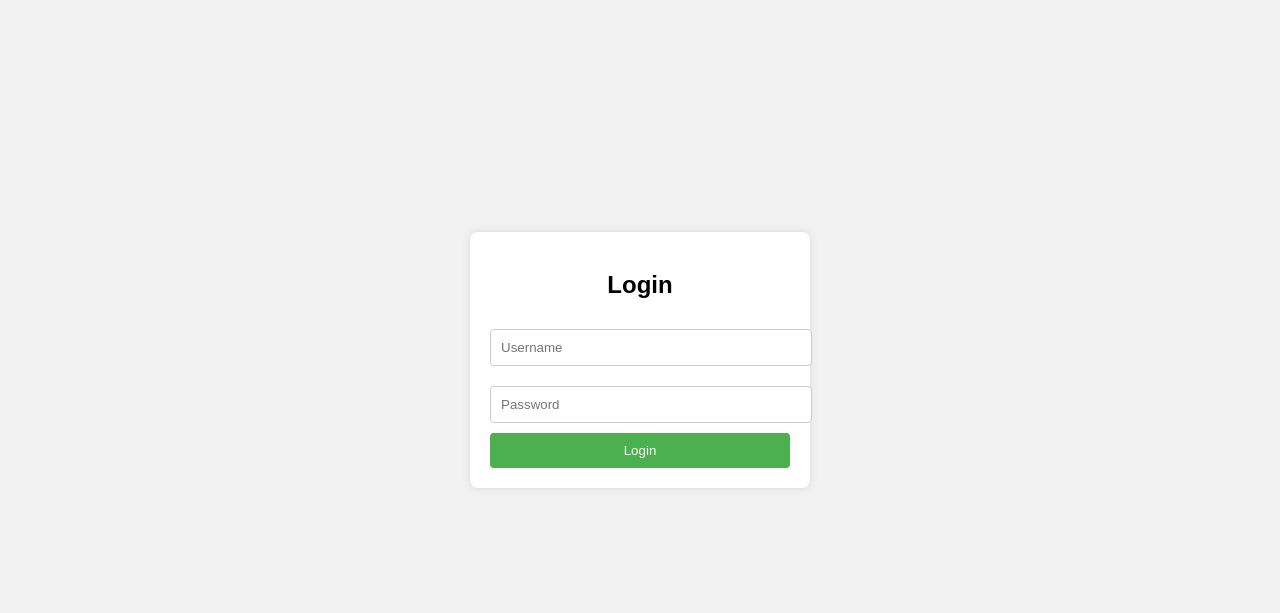
Repository: Reyanabid123/leetcode
Page: index.html
The author's editor kept a copy of each file at every save. The page is drawn from the files as they stood at one save, then again after the next save.
The browser window is 1280 px wide. The pictures show the whole page.

Above is the page before, as saved 2024-12-29 18:03:12.

### index.html
<!DOCTYPE html>
<html lang="en">
<head>
  <meta charset="UTF-8">
  <meta name="viewport" content="width=device-width, initial-scale=1.0">
  <title>Login Page</title>
  <style>
    body {
      font-family: Arial, sans-serif;
      background-color: #f2f2f2;
      display: flex;
      justify-content: center;
      align-items: center;
      height: 100vh;
      margin: 0;
    }
    .container {
      background-color: white;
      padding: 20px;
      border-radius: 8px;
      box-shadow: 0 0 10px rgba(0, 0, 0, 0.1);
      width: 300px;
    }
    .container h2 {
      margin-bottom: 20px;
      text-align: center;
    }
    .container input[type="text"],
    .container input[type="password"] {
      width: 100%;
      padding: 10px;
      margin: 10px 0;
      border: 1px solid #ccc;
      border-radius: 4px;
    }
    .container button {
      width: 100%;
      padding: 10px;
      background-color: #4CAF50;
      color: white;
      border: none;
      border-radius: 4px;
      cursor: pointer;
    }
    .container button:hover {
      background-color: #45a049;
    }
  </style>
</head>
<body>
  <div class="container">
    <h2>Login</h2>
    <form action="/login" method="post">

      <input type="text" name="username" placeholder="Username" required>
      <input type="password" name="password" placeholder="Password" required>
      <button type="submit">Login</button>
    </form>
  </div>
</body>
</html>

After the next save:
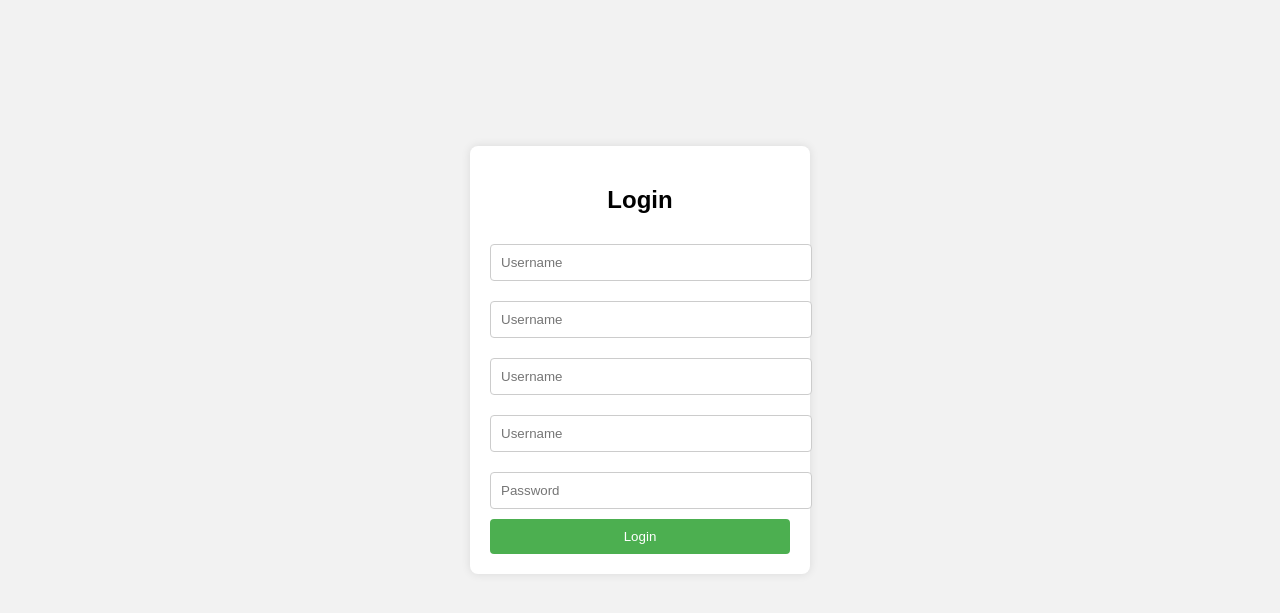
Saved 97 s later.
--- a/index.html
+++ b/index.html
@@ -53,6 +53,9 @@
     <form action="/login" method="post">
 
       <input type="text" name="username" placeholder="Username" required>
+      <input type="text" name="username" placeholder="Username" required>
+      <input type="text" name="username" placeholder="Username" required>
+      <input type="text" name="username" placeholder="Username" required>
       <input type="password" name="password" placeholder="Password" required>
       <button type="submit">Login</button>
     </form>
